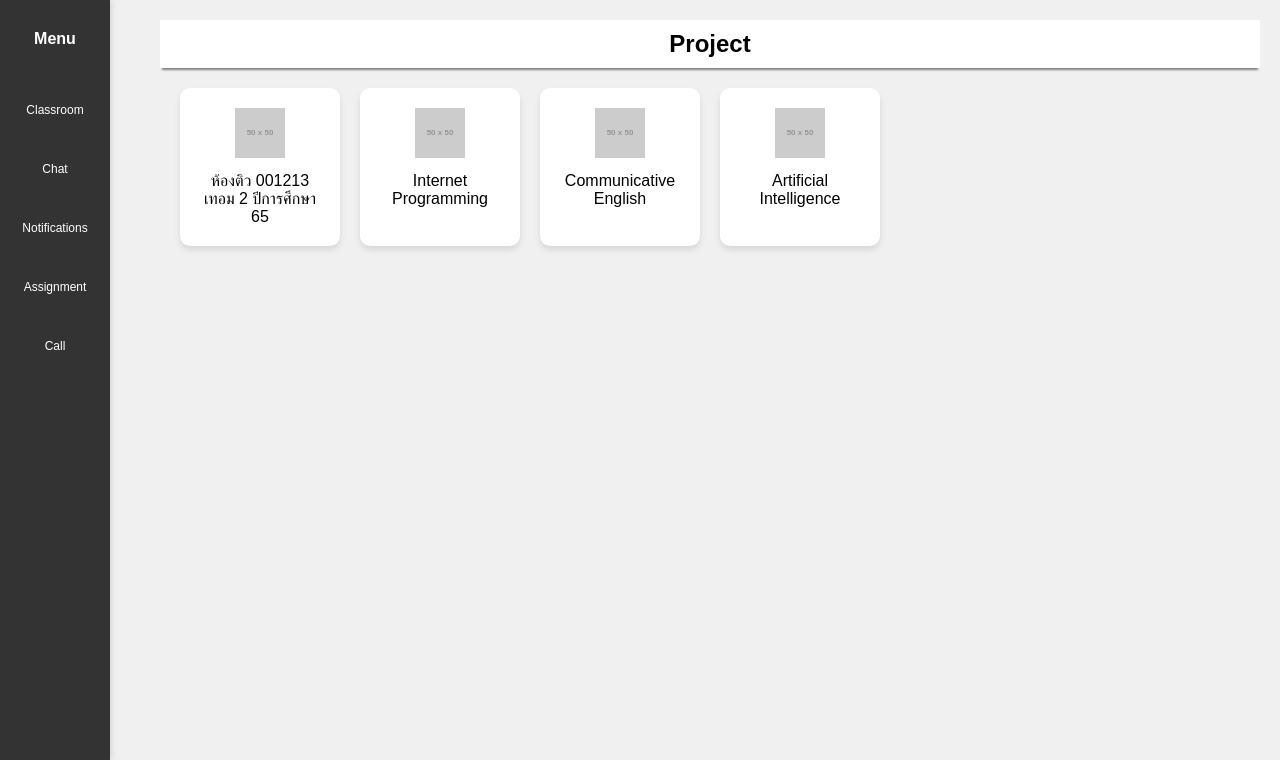
Repository: praifas16/ProPro
Page: docs/studenthead.html
These files come from the project's save history. The page is drawn as it stood at one moment and after the next save; the edit follows.
The browser window is 1280 px wide. The pictures show the whole page.

Above is the page before, as saved 2024-08-21 20:16:24.

### docs/studenthead.html
<!DOCTYPE html>
<html lang="th">
<head>
    <meta charset="UTF-8">
    <meta name="viewport" content="width=device-width, initial-scale=1.0">
    <title>My Dashboard</title>
    <style>
        body {
            font-family: Arial, sans-serif;
            margin: 0;
            padding: 0;
            background-color: #f0f0f0;
            display: flex;
        }

        /* เมนูแถบข้าง */
        .sidebar {
            width: 70px;
            background-color: #333;
            color: white;
            height: 100vh;
            padding: 20px 20px;
            box-shadow: 2px 0 5px rgba(0, 0, 0, 0.1);
            display: flex;
            flex-direction: column;
            align-items: center;
        }

        .menu-header {
            margin-top: 10px; /* ขยับคำว่า Menu ลง */
            margin-bottom: 40px; /* เว้นระยะห่างจากเมนูด้านล่าง */
            font-size: 16px;
            font-weight: bold;
        }

        .menu-items {
            margin-top: 0px; /* เพิ่มระยะห่างด้านบน เพื่อให้ตรงกับบ็อกสี่เหลี่ยม */
        }

        .sidebar a {
            display: flex;
            flex-direction: column;
            align-items: center;
            color: white;
            padding: 10px;
            text-decoration: none;
            margin-bottom: 20px;
            font-size: 12px;
            text-align: center;
        }

        .sidebar a:hover {
            background-color: #5f5f5f;
            border-radius: 4px;
            width: 80%;
            text-align: center;
        }

        .sidebar i {
            font-size: 24px;
            margin-bottom: 5px;
        }

        /* โครงสร้างหน้าเว็บหลัก */
        .main-content {
            flex-grow: 1;
            padding: 20px 20px 20px 50px; /* เพิ่ม padding ด้านซ้ายเพื่อให้เนื้อหาหลักอยู่ในระนาบเดียวกัน */
        }

        header {
            background-color: #ffffff;
            padding: 10px;
            text-align: center;
            box-shadow: 0px 4px 2px -2px gray;
        }

        h1 {
            margin: 0;
            font-size: 24px;
        }

        .container {
            display: grid;
            grid-template-columns: repeat(auto-fill, minmax(150px, 1fr));
            gap: 20px;
            padding: 20px;
        }

        .card {
            background-color: #ffffff;
            border-radius: 10px;
            box-shadow: 0 4px 6px rgba(0, 0, 0, 0.1);
            text-align: center;
            padding: 20px;
            transition: transform 0.3s;
        }

        .card:hover {
            transform: scale(1.05);
        }

        .card img {
            width: 50px;
            height: 50px;
            margin-bottom: 10px;
        }

        .card p {
            margin: 0;
            font-size: 16px;
        }
    </style>
</head>
<body>
    <!-- เมนูแถบข้าง -->
    <div class="sidebar">
        <div class="menu-header">Menu</div>
        <div class="menu-items">
            <a href="#"><i class="fa fa-home"></i><span>Classroom</span></a>
            <a href="#"><i class="fa fa-users"></i><span>Chat</span></a>
            <a href="#"><i class="fa fa-notificat"></i><span>Notifications</span></a>
            <a href="#"><i class="fa fa-assign"></i><span>Assignment</span></a>
            <a href="#"><i class="fa fa-phone"></i><span>Call</span></a>
        </div>
    </div>

    <!-- เนื้อหาหลัก -->
    <div class="main-content">
        <header>
            <h1>Project</h1>
        </header>
        <div class="container">
            <div class="card">
                <img src="https://via.placeholder.com/50" alt="icon">
                <p>ห้องติว 001213 เทอม 2 ปีการศึกษา 65</p>
            </div>
            <div class="card">
                <img src="https://via.placeholder.com/50" alt="icon">
                <p>Internet Programming</p>
            </div>
            <div class="card">
                <img src="https://via.placeholder.com/50" alt="icon">
                <p>Communicative English</p>
            </div>
            <div class="card">
                <img src="https://via.placeholder.com/50" alt="icon">
                <p>Artificial Intelligence</p>
            </div>
            <!-- เพิ่มเติม Card อื่น ๆ ตามต้องการ -->
        </div>
    </div>
</body>
</html>

After the next save:
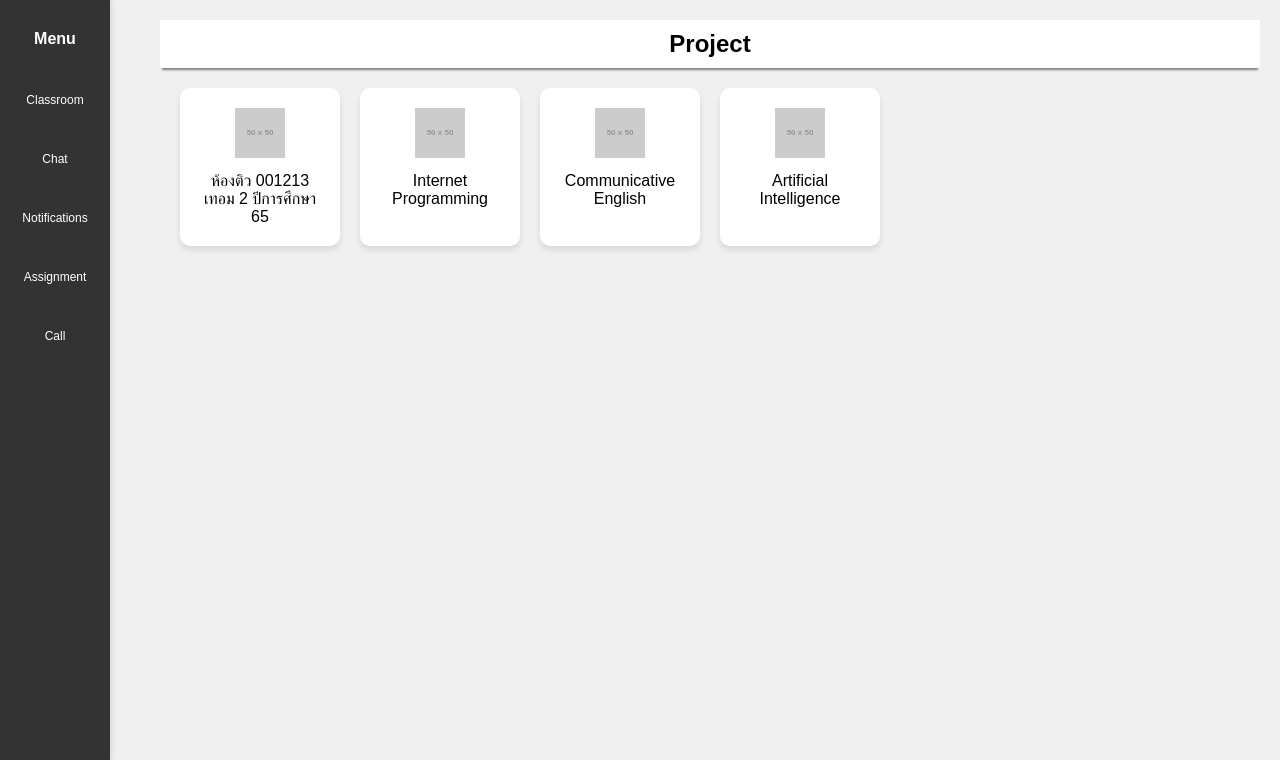
Saved 21 s later.
--- a/docs/studenthead.html
+++ b/docs/studenthead.html
@@ -28,7 +28,7 @@
 
         .menu-header {
             margin-top: 10px; /* ขยับคำว่า Menu ลง */
-            margin-bottom: 40px; /* เว้นระยะห่างจากเมนูด้านล่าง */
+            margin-bottom: 30px; /* เว้นระยะห่างจากเมนูด้านล่าง */
             font-size: 16px;
             font-weight: bold;
         }

After the save that followed:
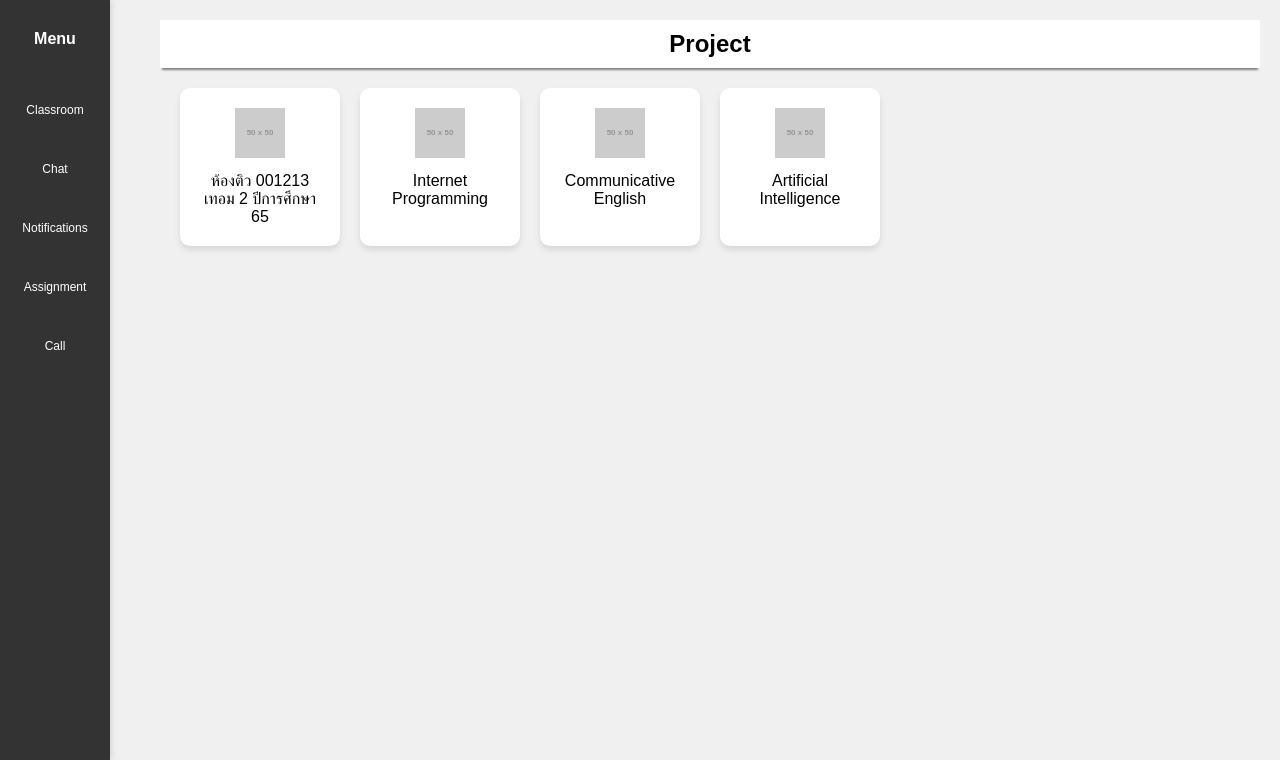
Saved 8 s later.
--- a/docs/studenthead.html
+++ b/docs/studenthead.html
@@ -28,7 +28,7 @@
 
         .menu-header {
             margin-top: 10px; /* ขยับคำว่า Menu ลง */
-            margin-bottom: 30px; /* เว้นระยะห่างจากเมนูด้านล่าง */
+            margin-bottom: 40px; /* เว้นระยะห่างจากเมนูด้านล่าง */
             font-size: 16px;
             font-weight: bold;
         }
